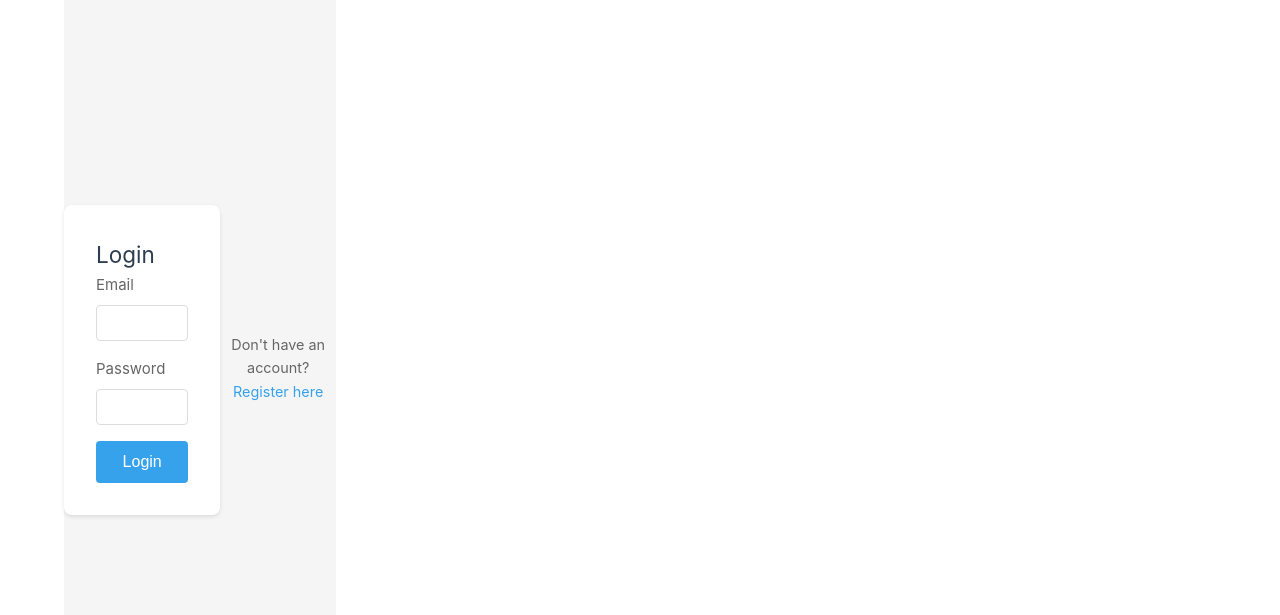
Repository: nino-pixel/payroll
Page: / (app in web_vue/)
An editor plug-in stored every save of this project. The page is shown before and after the next save, followed by the edit.
The browser window is 1280 px wide. The pictures show the whole page.
The project was rebuilt for these pictures with package versions that can differ from the ones it lists, and the page was loaded fresh each time. Also part of the build but not shown: web_vue/vite.config.ts, web_vue/src/components/payroll/PayrollDashboard.vue, web_vue/src/views/Registration.vue.

Above is the page before, as saved 2024-12-17 01:53:53.

After the next save:
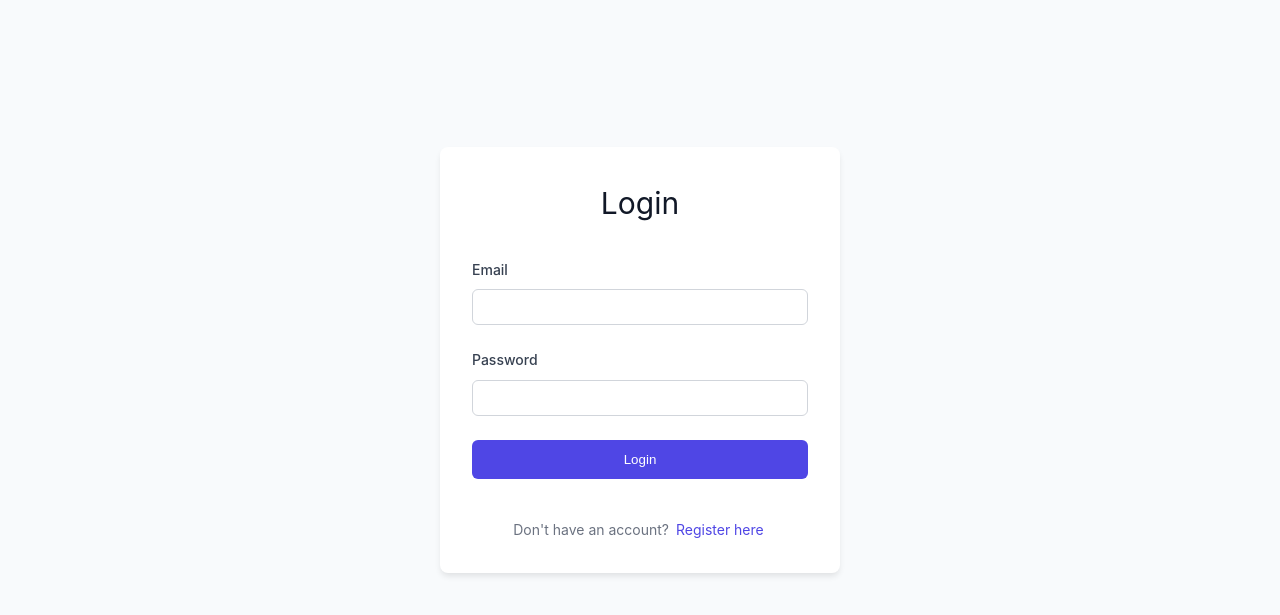
Saved 2 s later.
--- a/web_vue/src/router/index.ts
+++ b/web_vue/src/router/index.ts
@@ -1,6 +1,6 @@
 import { createRouter, createWebHistory } from 'vue-router'
 import PayrollDashboard from '@/components/payroll/PayrollDashboard.vue'
-import Login from '@/components/auth/Login.vue'
+import Login from '@/views/Login.vue'
 import Registration from '@/views/Registration.vue'
 
 const router = createRouter({
